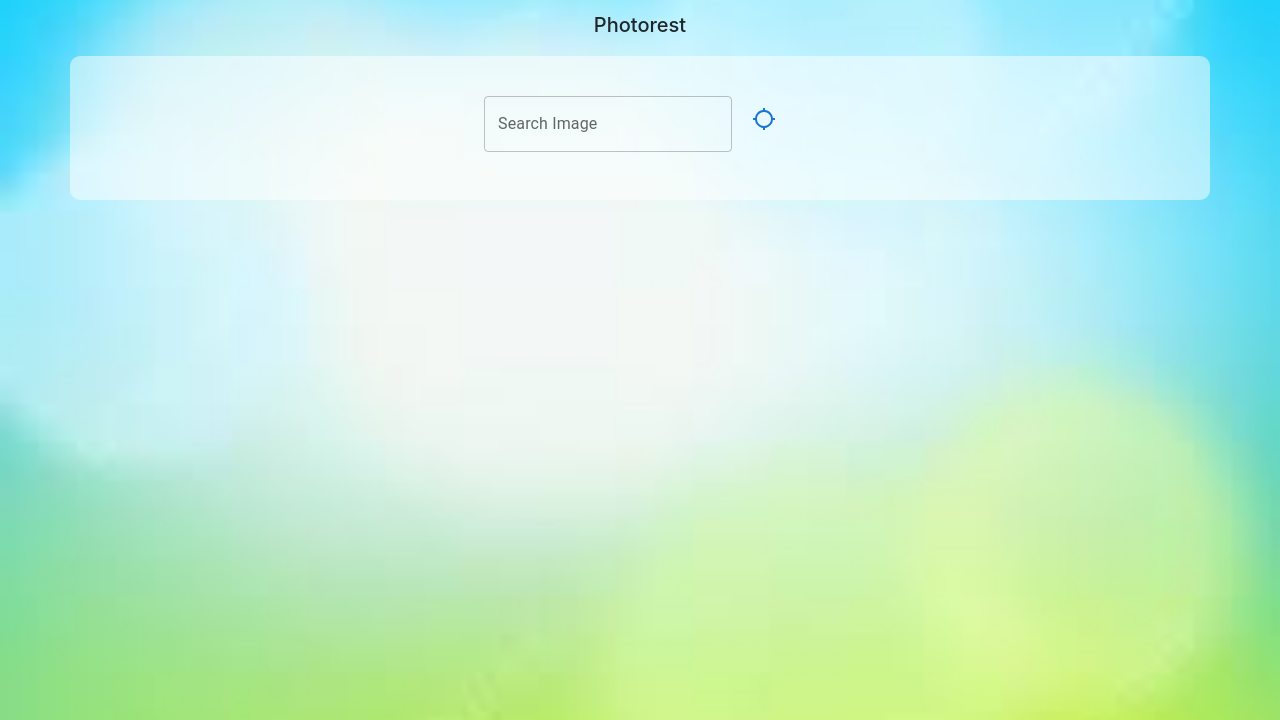
Repository: mohit78911/Snapshot
Page: /
These files come from the project's save history. The page is drawn as it stood at one moment and after the next save; the edit follows.
The browser window is 1280 px wide. The pictures show the whole page.
The project was rebuilt for these pictures with package versions that can differ from the ones it lists, and the page was loaded fresh each time. Also part of the build but not shown: src/snapshot/SnapshotCss.css, src/snapshot/SnapshotTable.js, src/snapshot/SearchBox.css.

Above is the page before, as saved 2023-09-01 15:19:53.

### public/index.html
<!DOCTYPE html>
<html lang="en">
  <head>
    <meta charset="utf-8" />
    <link rel="icon" href="%PUBLIC_URL%/favicon.ico" />
    <link href="https://cdn.jsdelivr.net/npm/bootstrap@5.3.1/dist/css/bootstrap.min.css" rel="stylesheet" integrity="sha384-4bw+/aepP/YC94hEpVNVgiZdgIC5+VKNBQNGCHeKRQN+PtmoHDEXuppvnDJzQIu9" crossorigin="anonymous">
    <meta name="viewport" content="width=device-width, initial-scale=1" />
    <meta name="theme-color" content="#000000" />
    <meta
      name="description"
      content="Web site created using create-react-app"
    />
    <link rel="apple-touch-icon" href="%PUBLIC_URL%/logo192.png" />

    <link rel="manifest" href="%PUBLIC_URL%/manifest.json" />

    <title>React App</title>
  </head>
  <body style="text-align: center;">
    <noscript>You need to enable JavaScript to run this app.</noscript>
    <div id="root"></div>
    <script src="https://cdn.jsdelivr.net/npm/bootstrap@5.3.1/dist/js/bootstrap.bundle.min.js" integrity="sha384-HwwvtgBNo3bZJJLYd8oVXjrBZt8cqVSpeBNS5n7C8IVInixGAoxmnlMuBnhbgrkm" crossorigin="anonymous"></script>
  </body>
</html>

### src/App.js
import { Box } from "@mui/material";
import React from "react";
import SnapShot from "./snapshot/SnapShot";
console.log("hey i am snapshot Component")
export default function App() {
  return (
    <Box>
      <SnapShot />
    </Box>
  );
}

### src/snapshot/SnapShot.js
import React, { useEffect, useState } from "react";
import axios from "axios";
import "../App.css";

import SnapshotTable from "./SnapshotTable";
import SearchBox from "./SearchBox";
import { ToastContainer, toast } from "react-toastify";
import Title from "./Title";
import { Box } from "@mui/material";

export default function SnapShot() {
  const [image, setImage] = useState(""); //string
  const [data, setData] = useState([]); //Array
  const [showData, setShowData] = useState(false); //Boolean

  const getData = (e) => {
    e.preventDefault();
    let trimedImage = image.trim().trimStart().trimEnd();
    if (trimedImage == "") {
      setShowData(false);
      toast.error("Can't Find ");
    } else {
      setShowData(true);
      axios
        .get(
          `https://api.unsplash.com/search/collections?page=1&query=${image}&client_id=-DzO7DyFZFBUXuUjR2Tb8dbbi8Qcg40oNw2kVfqoREI`
        )
        .then((result) => {
          setData(result.data.results[0].preview_photos);
          // console.log(result.data.results[0].preview_photos);
        })
        .catch((error) => console.log(error));
    }
  };

  // useEffect(() => {
  //   getData();
  // }, []);

  console.log(data);
  return (
    <Box>
    <Title/>
    <div className="container">
      <div className="row">
        <div className="col-4 firstColoum">
          <SearchBox setImage={setImage} image={image} getData={getData} />
        </div>
        {showData ? (
          <div className="col secondColoum">
            <SnapshotTable data={data} />
          </div>
        ) : null}
      </div>
      <ToastContainer />
    </div>
    </Box>
  );
}

### src/App.css
.App {
  text-align: center;
}

.App-logo {
  height: 40vmin;
  pointer-events: none;
}

@media (prefers-reduced-motion: no-preference) {
  .App-logo {
    animation: App-logo-spin infinite 20s linear;
  }
}

.App-header {
  background-color: #282c34;
  min-height: 100vh;
  display: flex;
  flex-direction: column;
  align-items: center;
  justify-content: center;
  font-size: calc(10px + 2vmin);
  color: white;
}

.App-link {
  color: #61dafb;
}

@keyframes App-logo-spin {
  from {
    transform: rotate(0deg);
  }

  to {
    transform: rotate(360deg);
  }
}

.firstColoum {
  width: 100%;
  padding-top: 2rem;
  margin-top: 1%;
  border-radius: 10px;
  height: 9rem;
  background: rgb(255, 255, 255, 0.5);

}

.secondColoum {
  width: 100%;
  margin-top: 2rem;
  margin-bottom: 2rem;
  padding-bottom: 1rem;
  border-radius: 10px;
  background: rgb(255, 255, 255, 0.5);
}


body {
  background-image: url('data:[embedded picture, 2875 characters]');
  background-repeat: no-repeat;
  background-position: 100%;
  background-size: cover;
  background-attachment: fixed;

}

### src/snapshot/SearchBox.js
import React from "react";
import { Button, TextField } from "@mui/material";
import "./SearchBox.css";
import LocationSearchingIcon from "@mui/icons-material/LocationSearching";

function SearchBox({ getData, setImage, image }) {
  return (
    <div>
      <div>
        <form onSubmit={getData} className="mt-2">
          <TextField
            sx={{width:"auto"}}
            value={image}
            onChange={(e) => setImage(e.target.value)}
            label="Search Image"
          />
          <Button type="submit" sx={{ marginTop: "5px" }}>
            <LocationSearchingIcon />
          </Button>
        </form>
      </div>
    </div>
  );
}

export default SearchBox;

### src/snapshot/Title.js
import React from 'react'
import "./Title.css"

export default function Title() {
  return (
    <div>
      <h5 className='title'>Photorest</h5>
    </div>
  )
}

### src/snapshot/Title.css
.title{
    margin-top: 1%;
    font-size: 20px;
}

Loaded but not shown: src/index.js (common file); src/index.css (common file); src/reportWebVitals.js (common file)

After the next save:
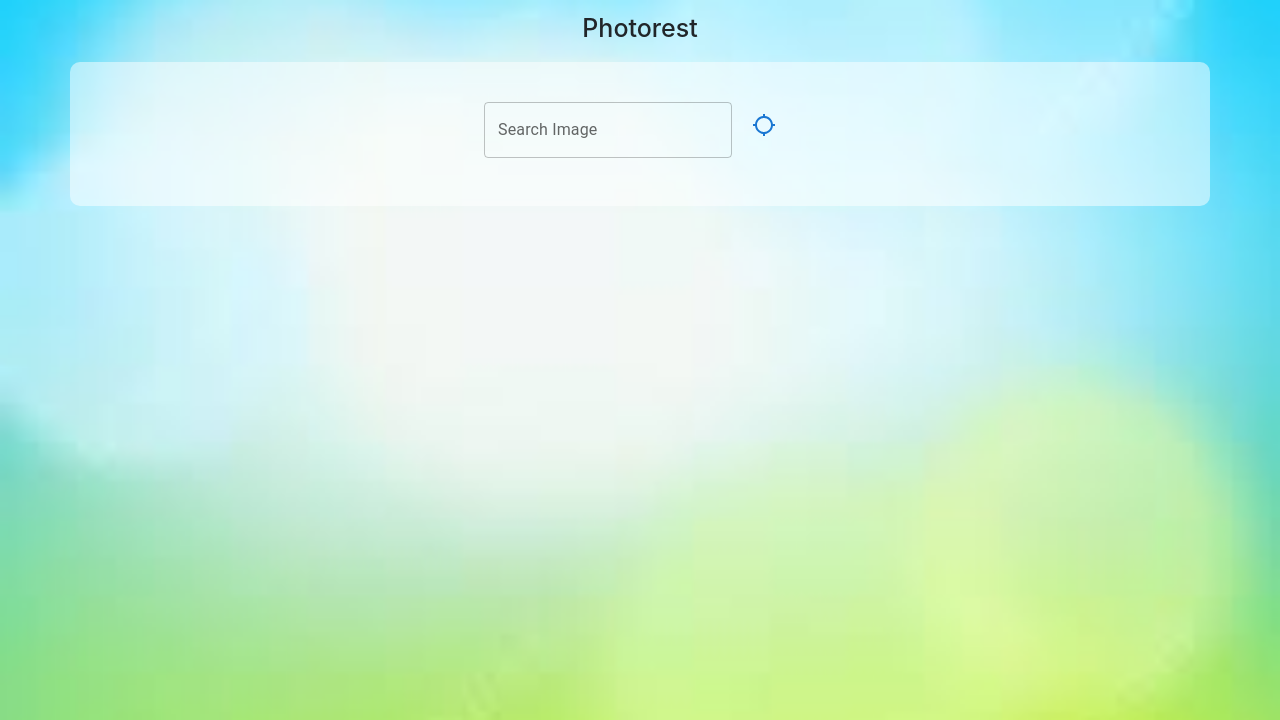
Saved 7 s later.
--- a/src/snapshot/Title.css
+++ b/src/snapshot/Title.css
@@ -1,4 +1,4 @@
 .title{
     margin-top: 1%;
-    font-size: 20px;
+    font-size: 25px;
 }
